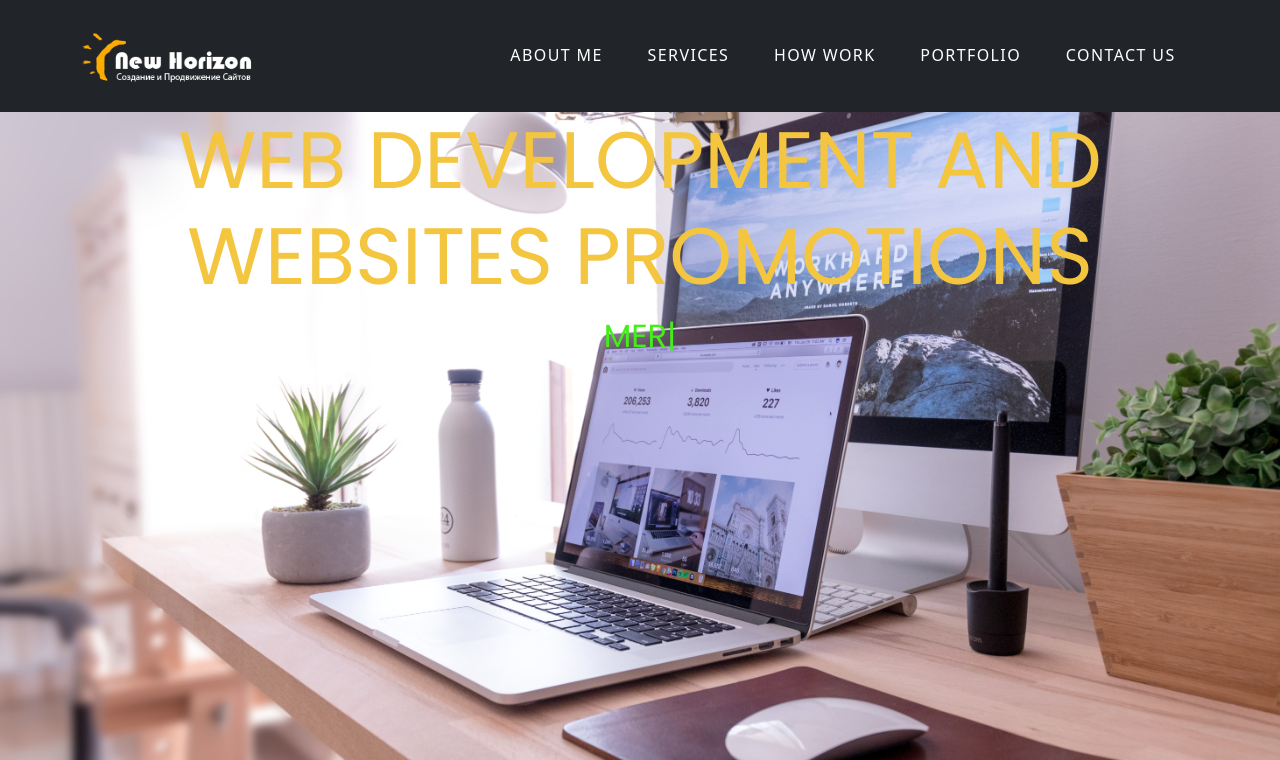
Repository: ahmedibrahimhassan654/React-Bootstrap-5
Page: /
An editor plug-in stored every save of this project. The page is shown before and after the next save, followed by the edit.
The browser window is 1280 px wide. The pictures show the whole page.
The project was rebuilt for these pictures with package versions that can differ from the ones it lists, and the page was loaded fresh each time.

Above is the page before, as saved 2021-11-25 06:52:25.

### public/index.html
<!DOCTYPE html>
<html lang="en">
  <head>
    <meta charset="utf-8" />
    <link rel="icon" href="%PUBLIC_URL%/favicon.ico" />
    <meta name="viewport" content="width=device-width, initial-scale=1" />
    <meta name="theme-color" content="#000000" />
    <meta
      name="description"
      content="Web site created using create-react-app"
    />
    <link rel="apple-touch-icon" href="%PUBLIC_URL%/logo192.png" />
    <!--
      manifest.json provides metadata used when your web app is installed on a
      user's mobile device or desktop. See https://developers.google.com/web/fundamentals/web-app-manifest/
    -->
    <link rel="manifest" href="%PUBLIC_URL%/manifest.json" />
    <!--
      Notice the use of %PUBLIC_URL% in the tags above.
      It will be replaced with the URL of the `public` folder during the build.
      Only files inside the `public` folder can be referenced from the HTML.

      Unlike "/favicon.ico" or "favicon.ico", "%PUBLIC_URL%/favicon.ico" will
      work correctly both with client-side routing and a non-root public URL.
      Learn how to configure a non-root public URL by running `npm run build`.
    -->
    <title>React App</title>
  </head>
  <body>
    <noscript>You need to enable JavaScript to run this app.</noscript>
    <div id="root"></div>


 <script src="https://cdn.jsdelivr.net/npm/bootstrap@5.0.2/dist/js/bootstrap.bundle.min.js" integrity="sha384-MrcW6ZMFYlzcLA8Nl+NtUVF0sA7MsXsP1UyJoMp4YLEuNSfAP+JcXn/tWtIaxVXM" crossorigin="anonymous"></script>

  </body>
</html>

### src/App.js
import "./App.css";
import "bootstrap/dist/css/bootstrap.min.css";
import Navbar from "./components/Navbar";
import Header from "./components/Header";
function App() {
  return (
    <>
      <Navbar />
      <Header />
    </>
  );
}

export default App;

### src/App.css
/* Font Imported */
@import url("https://fonts.googleapis.com/css2?family=Poppins:wght@300;400&family=Work+Sans:wght@300&display=swap");

:root {
  --primary-white: #fff;
  --primary-orage: #f4c53f;
  --primary-dark: #212529;
  --primary-green: #44ee17;
}

body {
  font-family: "Poppins", sans-serif;
}
/* Nav Bar */
.logo {
  width: 16.25rem;
}
/* Menu Link */

nav a.nav-link {
  /* font-weight: 900; */
  letter-spacing: 0.0875rem;
  cursor: pointer;
}
nav ul li {
  text-transform: uppercase;
}
.navbar-nav li a {
  color: var(--primary-white) !important;
  margin-right: 0.9rem;
  margin-left: 0.9rem;
  border-bottom: 0.1875rem solid var(--primary-dark);
}
.navbar-brand {
  max-width: 17.25rem;
  padding: 0 !important;
  height: 6rem;
}
.navbar-nav li a.active,
.navbar-nav li a.active:focus {
  border-bottom: 0.1875rem solid var(--primary-orage);
}
.navbar-nav li a:hover {
  border-top: 0.1875rem solid var(--primary-green);
}
/* Header */
.header-wraper {
  position: relative;
  background-image: url("/src/img/cover.jpg");
  background-size: cover;
  background-position: center;
  height: 90vh;
}
.maininfo {
  display: flex;
  flex-direction: column;
  justify-content: center;
  align-items: center;
  text-align: center;

  font-family: "Poppins", sans-serif;
}
.maininfo h1 {
  color: var(--primary-orage);
  text-transform: uppercase;

  font-size: 5rem;
}

.text-typed {
  color: #44ee17;
  font-size: 2rem;
}

### src/components/Navbar.jsx
import React from "react";
import logo from "../logo.png";

import { FontAwesomeIcon } from "@fortawesome/react-fontawesome";
import { faBars } from "@fortawesome/free-solid-svg-icons";

const Navbar = () => {
  return (
    <>
      <nav className="navbar navbar-expand-lg navbar-light bg-dark">
        <div className="container">
          <a className="navbar-brand" href="#">
            <img className="logo" src={logo} alt=" logo ...." />
          </a>
          <button
            className="navbar-toggler"
            type="button"
            data-bs-toggle="collapse"
            data-bs-target="#navbarSupportedContent"
            aria-controls="navbarSupportedContent"
            aria-expanded="false"
            aria-label="Toggle navigation"
          >
            <FontAwesomeIcon icon={faBars} style={{ color: "orange" }} />
          </button>
          <div className="collapse navbar-collapse" id="navbarSupportedContent">
            <ul className="navbar-nav ms-auto mb-2 mb-lg-0">
              <li className="nav-item">
                <a className="nav-link " aria-current="page" href="#">
                  about me
                </a>
              </li>
              <li className="nav-item">
                <a className="nav-link" href="#">
                  services
                </a>
              </li>
              <li className="nav-item">
                <a className="nav-link" href="#">
                  How work
                </a>
              </li>
              <li className="nav-item">
                <a className="nav-link" href="#">
                  Portfolio
                </a>
              </li>
              <li className="nav-item">
                <a className="nav-link" href="#">
                  Contact Us
                </a>
              </li>
            </ul>
          </div>
        </div>
      </nav>
    </>
  );
};

export default Navbar;

### src/components/Header.jsx
import React from "react";
import Typed from "react-typed";
const Header = () => {
  return (
    <div className="header-wraper">
      <div className="maininfo">
        <h1> web development and websites promotions</h1>
        <Typed
          className="text-typed"
          strings={[
            "Node Js Developer",
            "React Js Developer",
            "MERN Stack Web Developer",
          ]}
          typeSpeed={80}
          loop
        />
      </div>
    </div>
  );
};

export default Header;

Loaded but not shown: src/index.js (common file); src/reportWebVitals.js (common file)

After the next save:
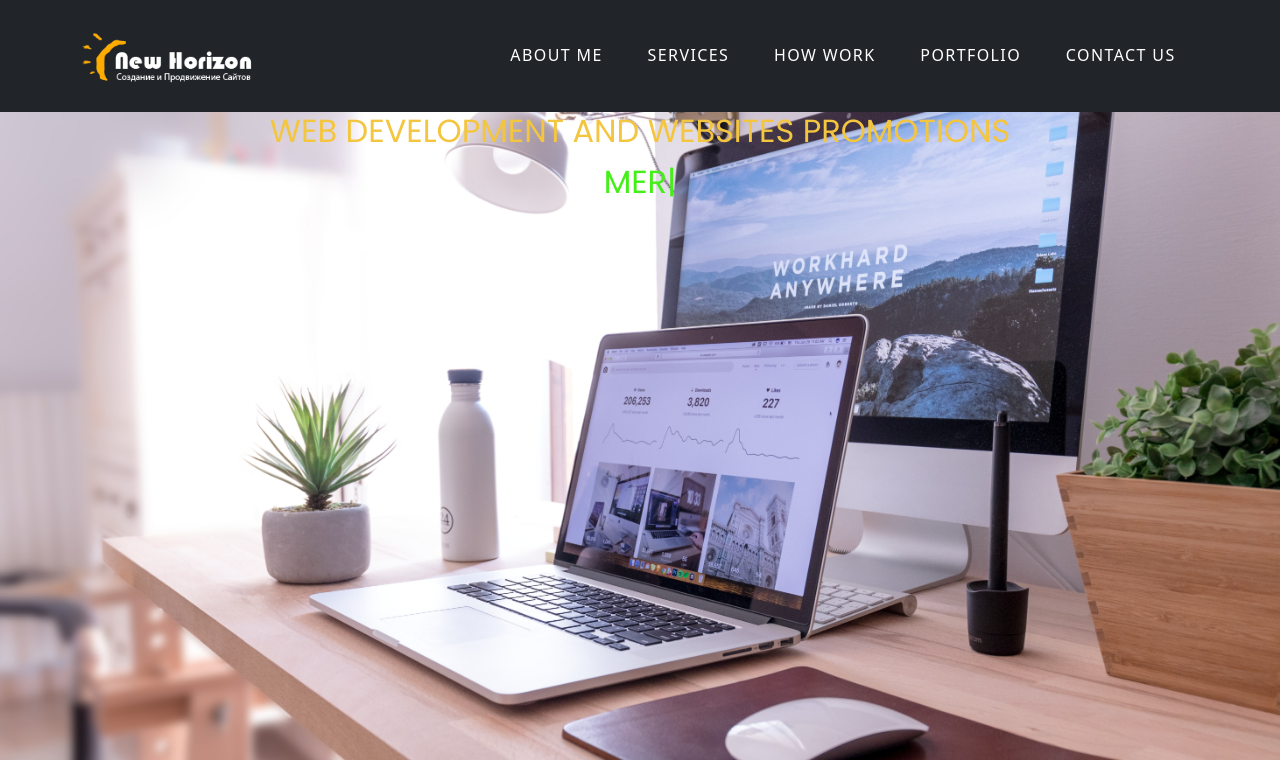
Saved 7 s later.
--- a/src/App.css
+++ b/src/App.css
@@ -64,7 +64,7 @@ nav ul li {
   color: var(--primary-orage);
   text-transform: uppercase;
 
-  font-size: 5rem;
+  font-size: 2rem;
 }
 
 .text-typed {
